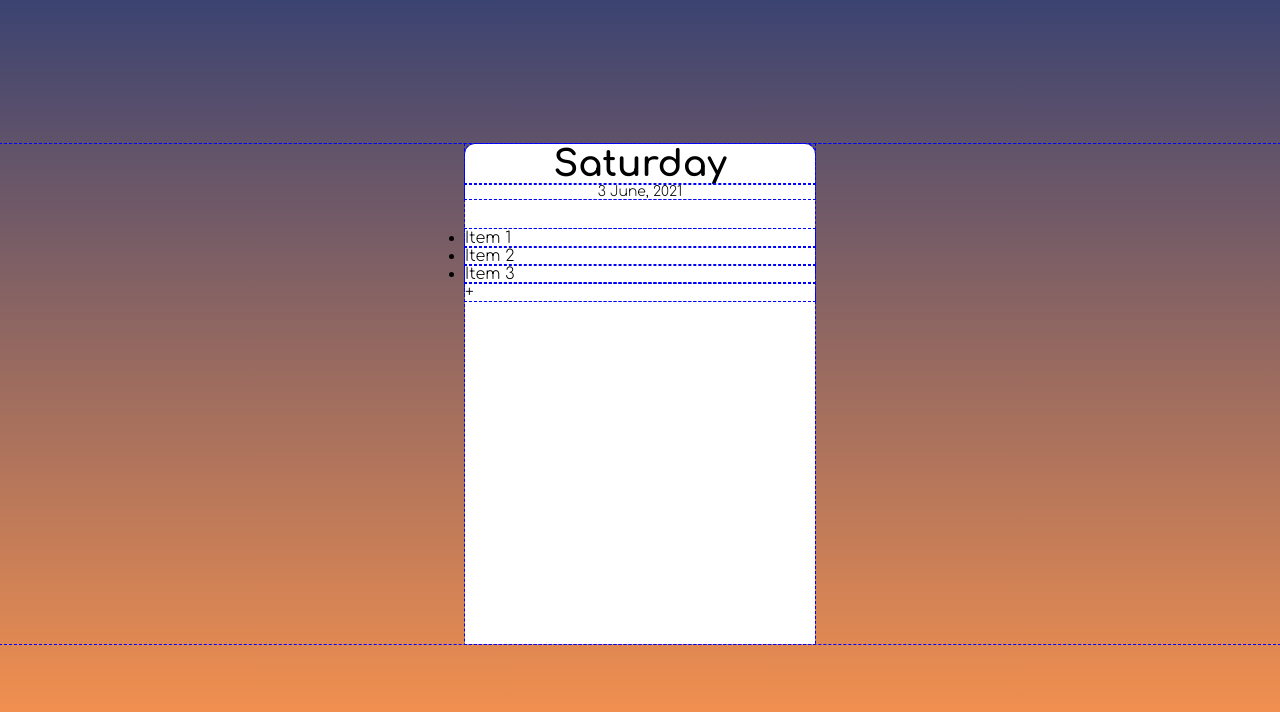
Repository: Colo-Codes/mini-projects
Page: todo-app/index.html
The author's editor kept a copy of each file at every save. The page is drawn from the files as they stood at one save, then again after the next save.
The browser window is 1280 px wide. The pictures show the whole page.

Above is the page before, as saved 2021-07-04 11:16:55.

After the next save:
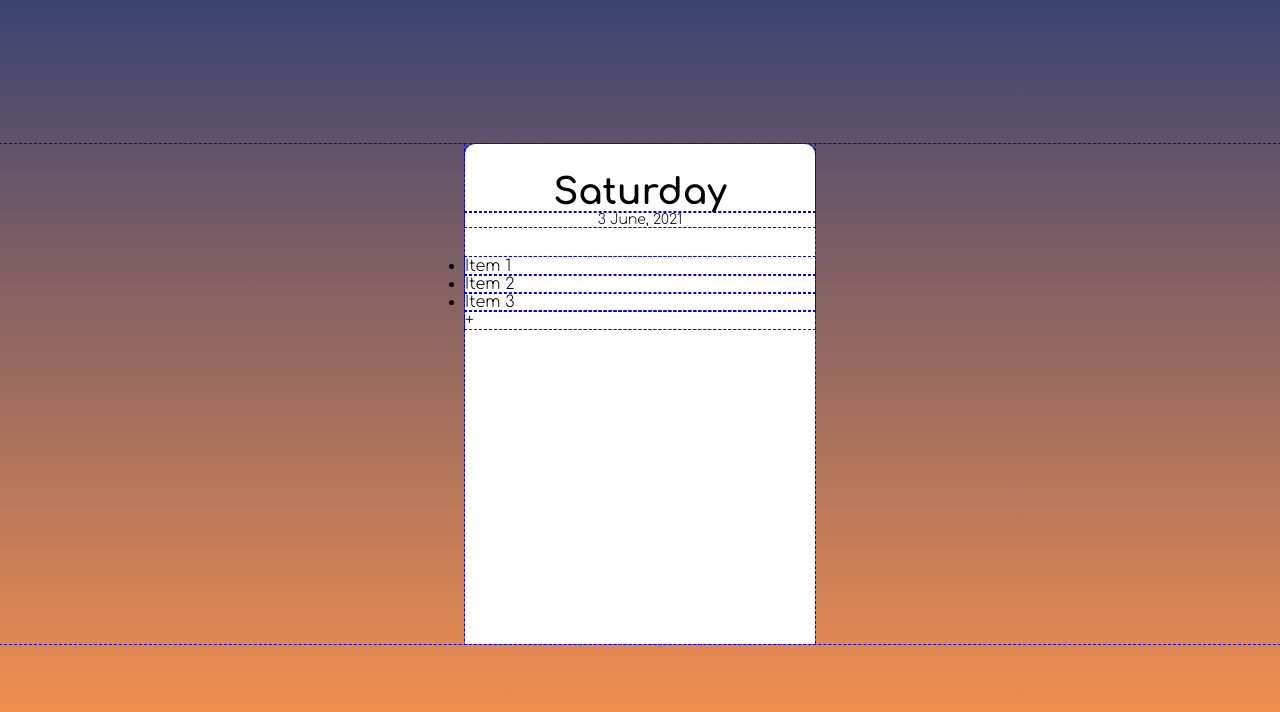
Saved 16 s later.
--- a/todo-app/css/index.css
+++ b/todo-app/css/index.css
@@ -44,7 +44,7 @@ body {
 }
 
 #todo--header header {
-    margin-top: 1.75rem;
+    padding-top: 1.75rem;
     font-size: 2.25rem;
     font-weight: 700;
     text-align: center;
